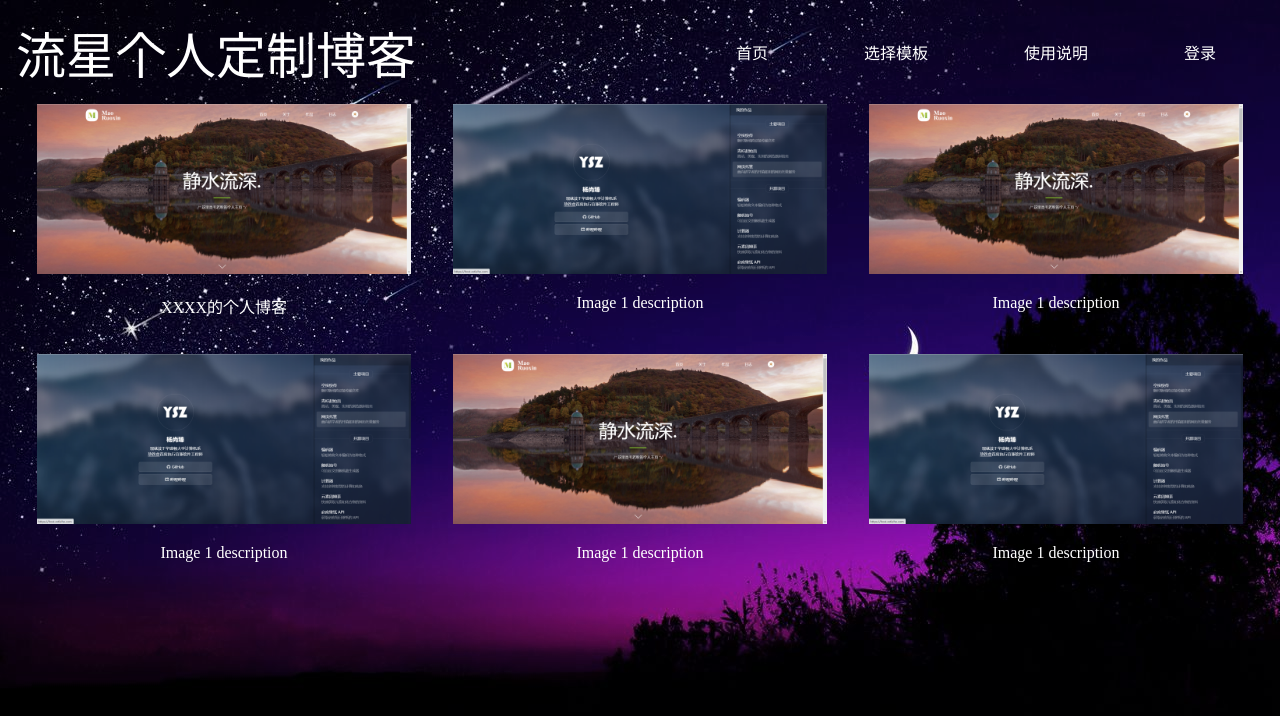
Repository: ljfzd6/showself
Page: /#/home/showtemplate
The author's editor kept a copy of each file at every save. The page is drawn from the files as they stood at one save, then again after a run of saves.
The browser window is 1280 px wide. The pictures show the whole page.
The project was rebuilt for these pictures with package versions that can differ from the ones it lists, and the page was loaded fresh each time. Also part of the build but not shown: vue.config.js, src/views/hometext-page.vue, src/components/loginregister-page.vue, src/components/home-page.vue.

Above is the page before, as saved 2023-06-03 13:33:19.

### src/router/index.js
import Vue from 'vue'
import VueRouter from 'vue-router'
import MainPage from '@/components/main-page.vue'
import HomeText from '@/views/hometext-page.vue'
import LoginAndRegister from '@/components/loginregister-page.vue'
import WorkMain from '@/components/home-page.vue'
import ShowTemplate from '@/views/showtemplate-page.vue'

//导入插件
Vue.use(VueRouter)
// 新增以下代码，解决NavigationDuplicated问题
const originalPush = VueRouter.prototype.push
VueRouter.prototype.push = function push (location) {
  return originalPush.call(this, location).catch(err => err)
}

const router = new VueRouter({
  // mode: 'hash',
  routes: [
    // 重定向首页
    { path: '/', redirect: '/home' },
        // 配置路由
    { path: '/login', component: LoginAndRegister },
    { path: '/workplace',component: WorkMain},
   {
      path: '/home',
      component: MainPage,
      redirect: '/home/hometext',
      children: [
        { path: 'hometext', component: HomeText },
        { path: 'showtemplate', component: ShowTemplate },
        // { path: 'updateuser', component: UpdateUserInformation, name: 'updateuser' },
        // { path: 'alluser', component: AllUserInformation },
        // { path: 'useradd', component: UserAdd },
        // { path: 'userimageadd', component: UserImageAdd },
        // { path: 'qrcodecheck', component: ExtraQrcodeCheck },
        // { path: 'videoshow', component: videoShow, children: [{ path: 'video/:num', component: Video, name: 'video' }] },
        // { path: 'comment', component: Comment },
        // { path: 'updateusericon', component: UpdateUserIcon }
      ]
   }
  ]
})
export default router

### src/components/main-page.vue
<template>
    <header>
        <div class="logo-nav">
        <p>流星个人定制博客</p>
        <nav>
            <a @click="mainpage()">首页</a>
            <a @click="showtemplate()">选择模板</a>
            <a>使用说明</a>
            <a @click="login()">登录</a>
        </nav>
    </div>
    <router-view></router-view>
    </header>
</template>

<script>
export default {
  data () {
    return {
      persondata: '登录'
    }
  },
  methods: {
    mainpage () {
      this.$router.push('/home/hometext')
    },
    login () {
    this.$router.push('/login')
    },
    showtemplate() {
      this.$router.push('/home/showtemplate')
    }
  }

  }

</script>

<style lang="less" scoped>
*{
margin: 0;
font-family: fantasy'Franklin Gothic Medium', 'Arial Narrow', Arial, sans-serif;
}

header {
  background-image: url('@/assets/background.jpg');
  background-size: cover;
  background-position: center;
  filter: grayscale(0.3);
  height: 100%;
  padding: 0 1rem;
  animation: fadeIn 2s ease-in-out;
}
@keyframes fadeIn {
  0% {
    opacity: 0;
  }
  100% {
    opacity: 1;
  }
}
p {
  font-size: 50px;
}

.logo-nav {
  display: flex;
  align-items: center;
  justify-content: space-between;
  padding: 1rem 0;
  color: white;
}
nav a {
  padding: 5px 3rem;
  text-decoration: none;
  position: relative;
}
nav a.active{
  border: 5px solid rgb(71, 122, 58);
}
nav a:hover {
  text-decoration: underline;
  cursor: pointer;
}

.header-title{
  display: flex;
  flex-direction: column;
  justify-content: center;
  align-items: center;
  height: calc(100% - 50px);
  color: #ffffff;
}
.header-title div{
  width: 50px;
  height: 30px;
  background-color: rgb(96, 134, 87);
}

</style>

### src/views/showtemplate-page.vue
<template>
  <div class="container">
    <!-- Add your images and descriptions here, following the example below -->
    <div class="image-box">
      <img src="../assets/1.png" alt="Image 1" onclick="animateImage(this)">
      <p >XXXX的个人博客</p>
    </div>
    <div class="image-box">
      <img src="../assets/2.png" alt="Image 1" onclick="animateImage(this)">
      <p >Image 1 description</p>
    </div>
    <div class="image-box">
      <img src="../assets/1.png" alt="Image 1" onclick="animateImage(this)">
      <p >Image 1 description</p>
    </div>
    <div class="image-box">
      <img src="../assets/2.png" alt="Image 1" onclick="animateImage(this)">
      <p >Image 1 description</p>
    </div>
    <div class="image-box">
      <img src="../assets/1.png" alt="Image 1" onclick="animateImage(this)">
      <p >Image 1 description</p>
    </div>
    <div class="image-box">
      <img src="../assets/2.png" alt="Image 1" onclick="animateImage(this)">
      <p >Image 1 description</p>
    </div>

  </div>
</template>

<script>
export default {
  data() {
    return {

    }
  },
  methods: {
     animateImage(image) {
      image.style.transform = 'scale(1.2)';
      setTimeout(() => {
        image.style.transform = 'scale(1)';
      }, 300);
    },
    selectText(text) {
      text.classList.toggle('selected');
    }
  }
}
</script>

<style lang="less" scoped>
 .container {
      display: flex;
      flex-wrap: wrap;
      justify-content: space-around;
    }
    .image-box {
      width: 30%;
      margin-bottom: 20px;
      text-align: center;
    }
    img {
      width: 100%;
      cursor: pointer;
      transition: transform 0.3s;
    }
    img:hover {
      transform: scale(1.1);
    }
    p {
      cursor: pointer;
      color: white;
    }
</style>

Loaded but not shown: public/index.html (common file); src/main.js (common file); src/App.vue (common file)

After the next 2 saves:
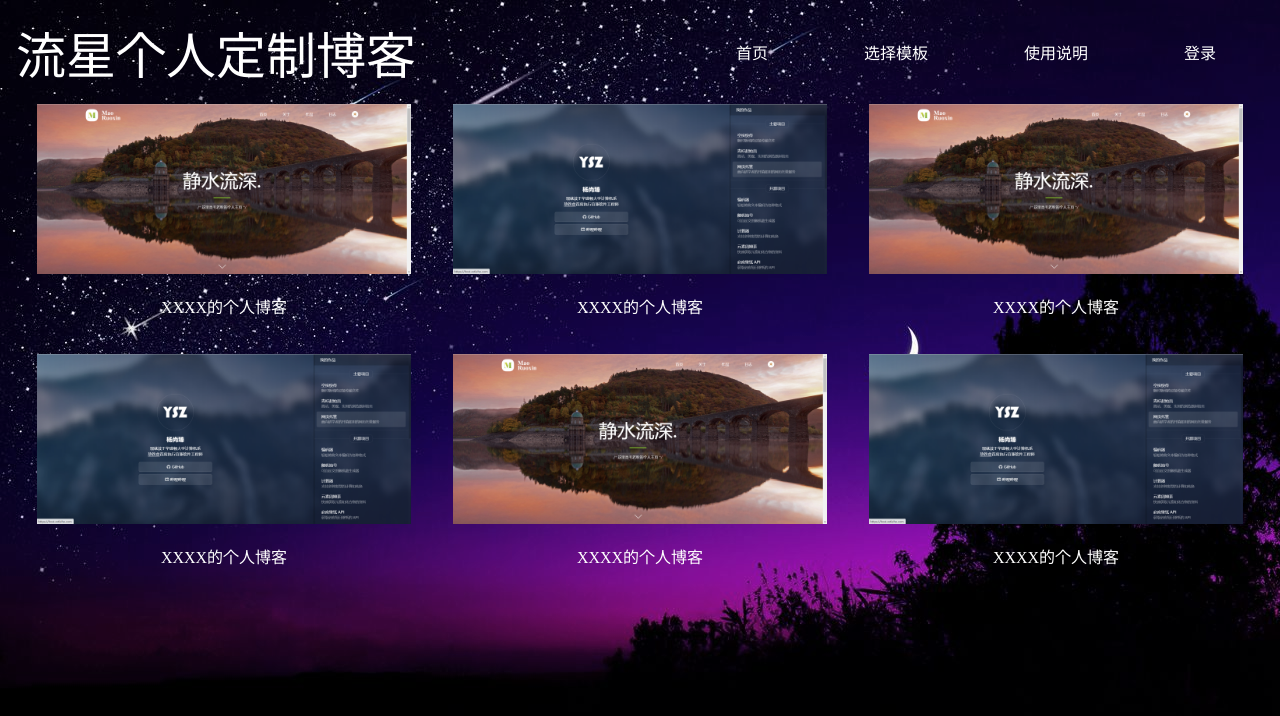
The 2 saves are shown as one change because they came seconds apart.
The last was saved 25 s later.
--- a/src/views/showtemplate-page.vue
+++ b/src/views/showtemplate-page.vue
@@ -7,23 +7,23 @@
     </div>
     <div class="image-box">
       <img src="../assets/2.png" alt="Image 1" onclick="animateImage(this)">
-      <p >Image 1 description</p>
+      <p >XXXX的个人博客</p>
     </div>
     <div class="image-box">
       <img src="../assets/1.png" alt="Image 1" onclick="animateImage(this)">
-      <p >Image 1 description</p>
+      <p >XXXX的个人博客</p>
     </div>
     <div class="image-box">
       <img src="../assets/2.png" alt="Image 1" onclick="animateImage(this)">
-      <p >Image 1 description</p>
+      <p >XXXX的个人博客</p>
     </div>
     <div class="image-box">
       <img src="../assets/1.png" alt="Image 1" onclick="animateImage(this)">
-      <p >Image 1 description</p>
+      <p >XXXX的个人博客</p>
     </div>
     <div class="image-box">
       <img src="../assets/2.png" alt="Image 1" onclick="animateImage(this)">
-      <p >Image 1 description</p>
+      <p >XXXX的个人博客</p>
     </div>
 
   </div>
